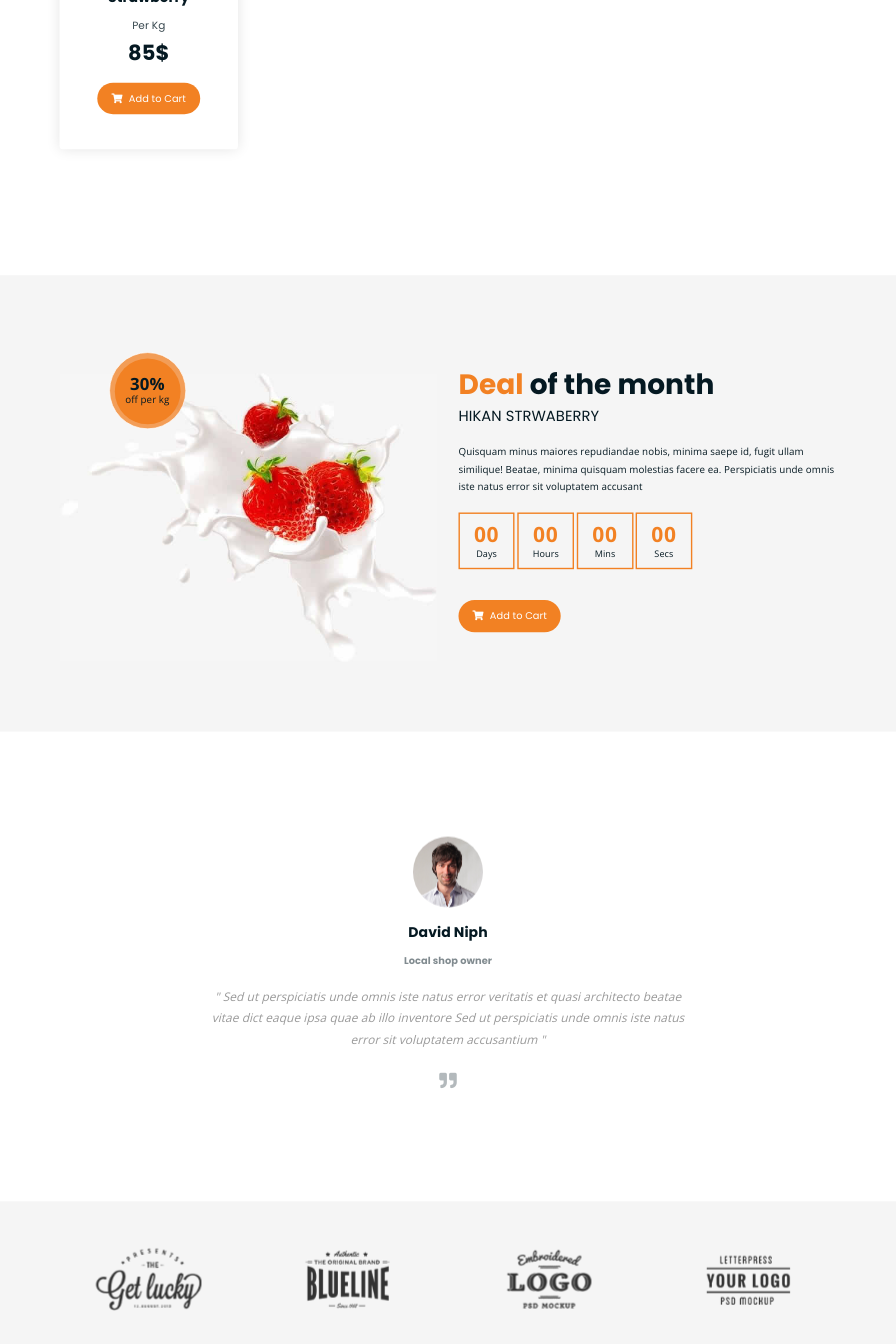
Repository: PhamHao1412/fruit_web
Page: index.html
These files come from the project's save history. The page is drawn as it stood at one moment and after the next save; the edit follows.
The browser window is 1280 px wide. The pictures show the part of the page from y = 1563 to 3483 px (the page is 4159 px tall before and 4600 px after), at 70% of full size.
Backgrounds fixed to the window are drawn as part of the page.

Above is the page before, as saved 2024-03-12 15:53:59.

After the next save:
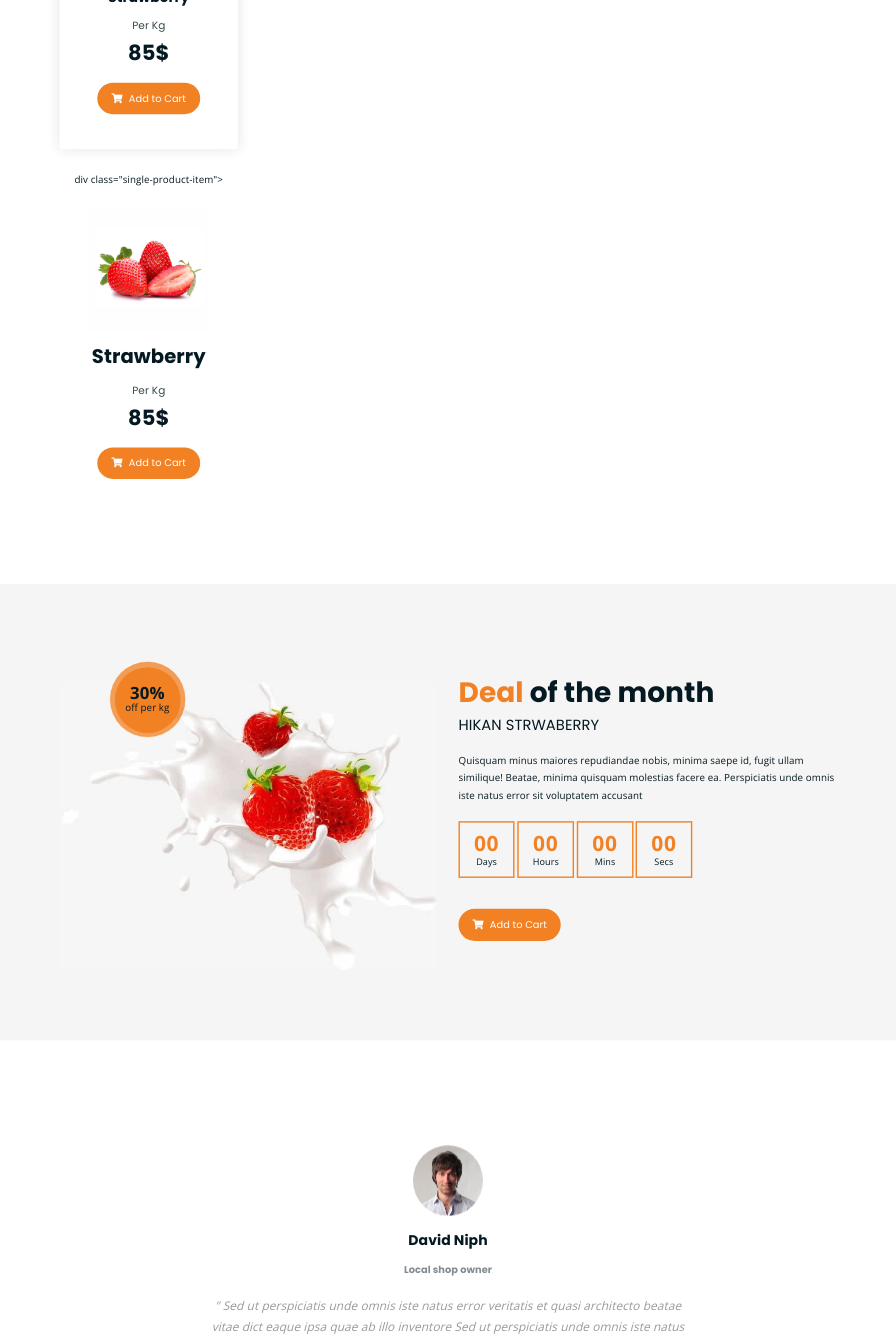
Saved 2 min 34 s later.
--- a/index.html
+++ b/index.html
@@ -243,6 +243,19 @@
                 ><i class="fas fa-shopping-cart"></i> Add to Cart</a
               >
             </div>
+
+            div class="single-product-item">
+              <div class="product-image">
+                <a href="single-product.html"
+                  ><img src="assets/img/products/product-img-1.jpg" alt=""
+                /></a>
+              </div>
+              <h3>Strawberry</h3>
+              <p class="product-price"><span>Per Kg</span> 85$</p>
+              <a href="cart.html" class="cart-btn"
+                ><i class="fas fa-shopping-cart"></i> Add to Cart</a
+              >
+            </div>
           </div>
         </div>
       </div>
